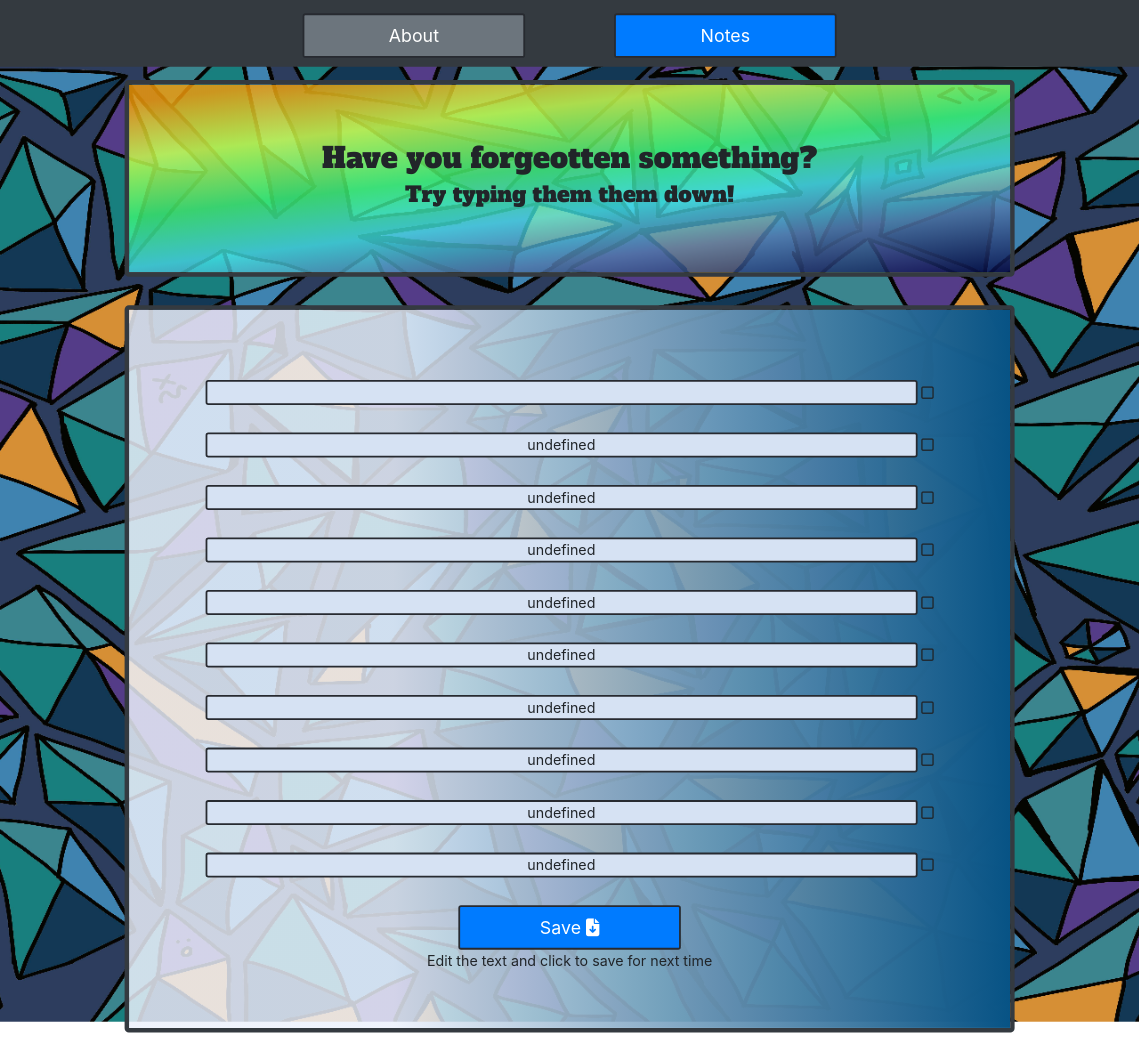
Repository: Kamicoda/Mynote
Page: index.html
The author's editor kept a record of every edit. The page is drawn from the files as they stood at one moment, then again after the next edit.
The browser window is 1280 px wide. The pictures show the whole page, at 89% of full size.
Backgrounds fixed to the window are drawn as part of the page. Some web fonts or font styles are not loaded; a fallback is used. Some web libraries are served in a nearby version.

Above is the page before.

After the next edit:
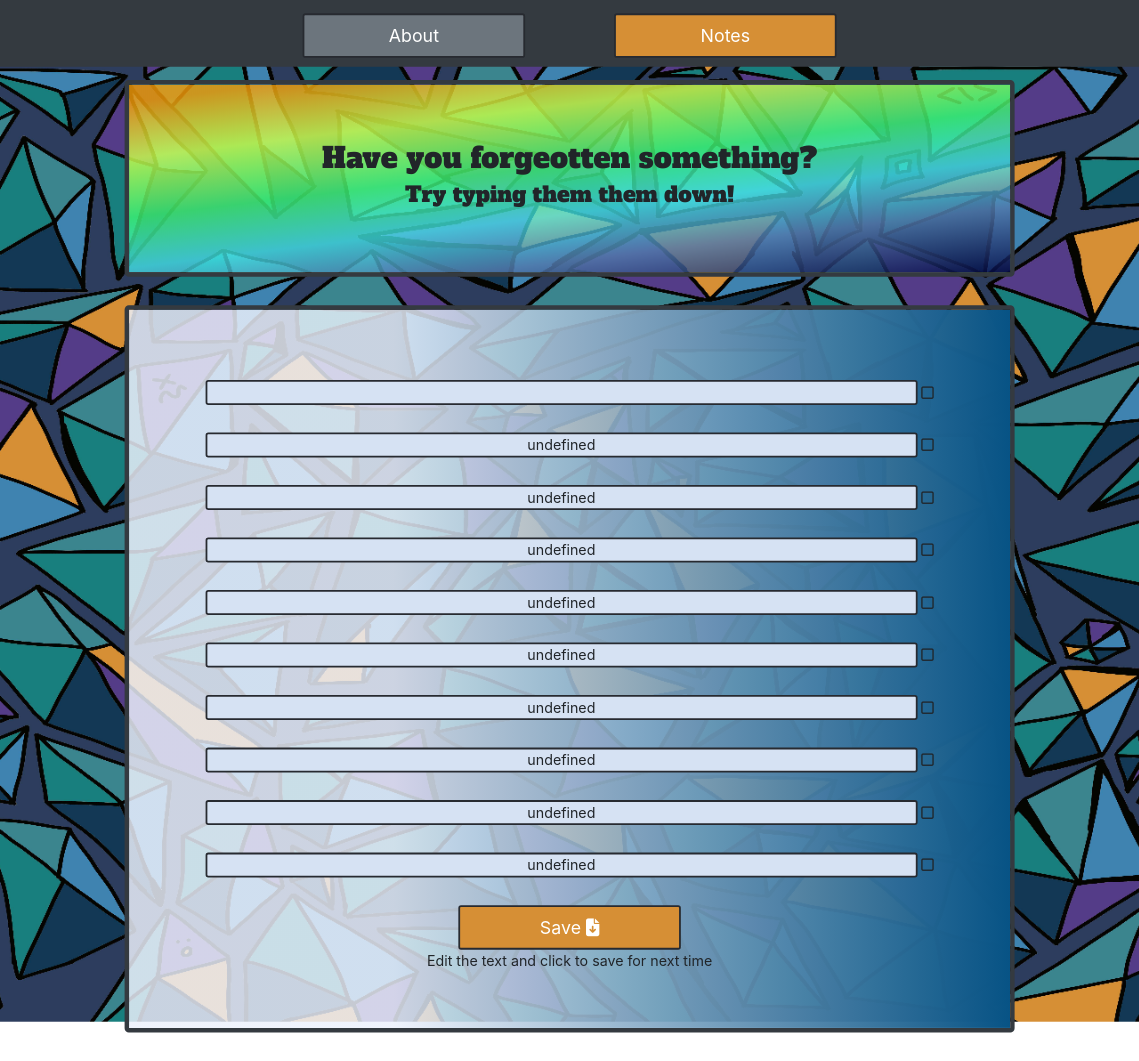
The edit:
--- a/assets/style/style.css
+++ b/assets/style/style.css
@@ -97,6 +97,10 @@
     border-radius: 3px;
 }
 
+.btn-primary {
+    background-color: #d68f35;
+}
+
 .header {
     text-align: center;
     width: 1000px;
